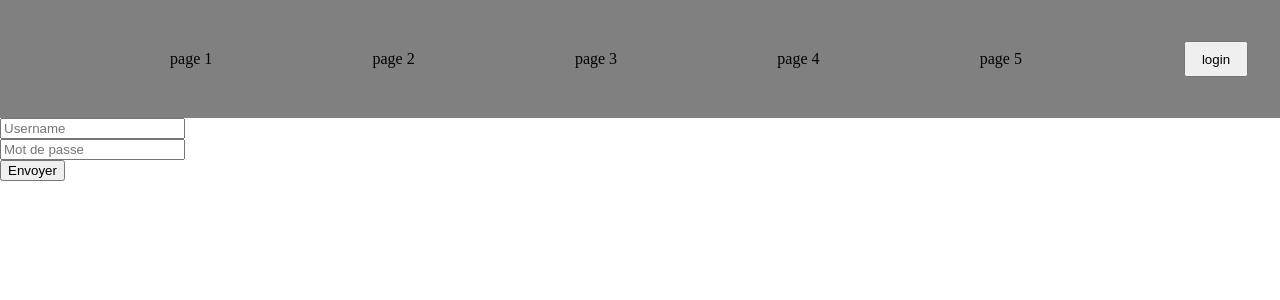
Repository: Mini-T/php-propre
Page: http://localhost/login.php
These files come from the project's save history. The page is drawn as it stood at one moment and after a run of saves; the edit follows.
The browser window is 1280 px wide. The pictures show the whole page.
The page is run by PHP 8.4 with error messages shown; the project is at /var/www/html/.

Above is the page before, as saved 2021-04-01 01:08:56.

After the next 3 saves:
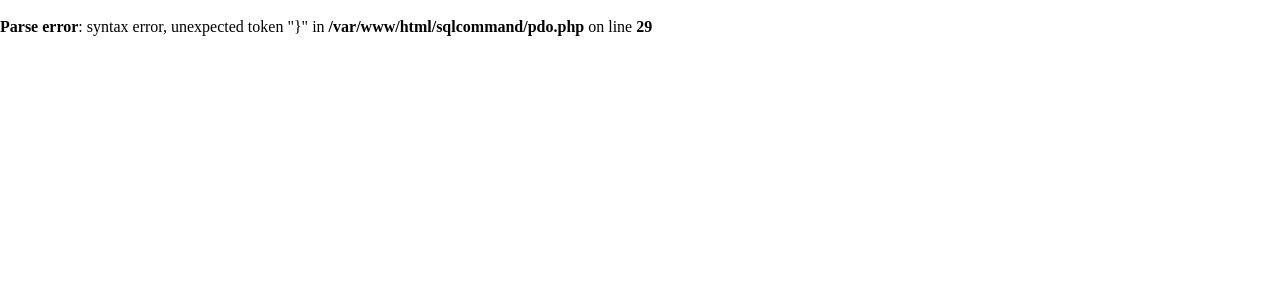
The 3 saves are shown as one change because they came seconds apart.
The last was saved 8 s later.
--- a/Main/sqlcommand/pdo.php
+++ b/Main/sqlcommand/pdo.php
@@ -25,7 +25,7 @@ try {
         }
         }
         function Register($mail, $username, $mdp){
-
+            $query
         }
 
     ?>
